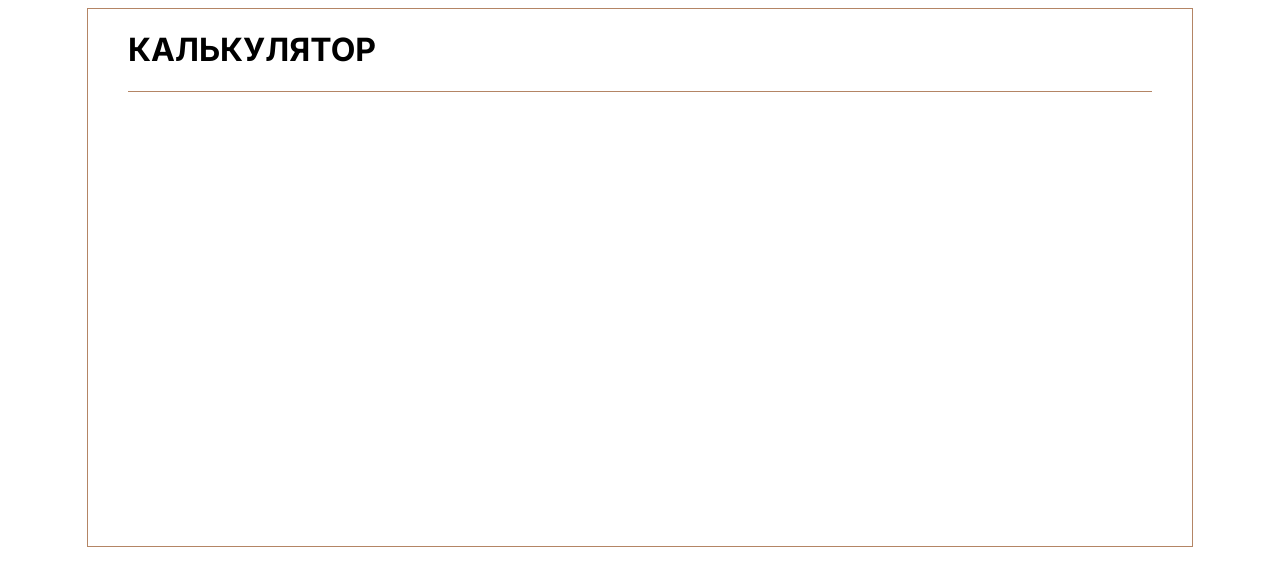
Repository: Kirill2034/Calculator-metal
Page: /
The author's editor kept a copy of each file at every save. The page is drawn from the files as they stood at one save, then again after the next save.
The browser window is 1280 px wide. The pictures show the whole page.
The project was rebuilt for these pictures with package versions that can differ from the ones it lists, and the page was loaded fresh each time.

Above is the page before, as saved 2021-11-27 15:53:28.

### public/index.html
<!DOCTYPE html>
<html lang="en">
  <head>
    <meta charset="utf-8" />
    <meta name="viewport" content="width=device-width, initial-scale=1" />

    <link rel="preconnect" href="https://fonts.googleapis.com">
    <link rel="preconnect" href="https://fonts.gstatic.com" crossorigin>
    <link href="https://fonts.googleapis.com/css2?family=Inter:wght@300;400;500;700&display=swap" rel="stylesheet">

    <title>Калькулятор</title>
  </head>
  <body>
    <div id="root"></div>
  </body>
</html>

### src/App.js
import './App.css';

function App() {
  return (
    <div className="App">
      <div className="title">
        <h1>Калькулятор</h1>
      </div>
      <div className="calculator"></div>
    </div>
  );
}

export default App;

### src/App.css
.App {width: 1024px; height: 537px; border: 1px solid #B48565; margin: 0 auto; font-family: 'Inter', sans-serif; padding: 0 40px;}
.App .title {border-bottom: 1px solid #B48565; text-transform: uppercase;}

Loaded but not shown: src/index.js (common file)

After the next save:
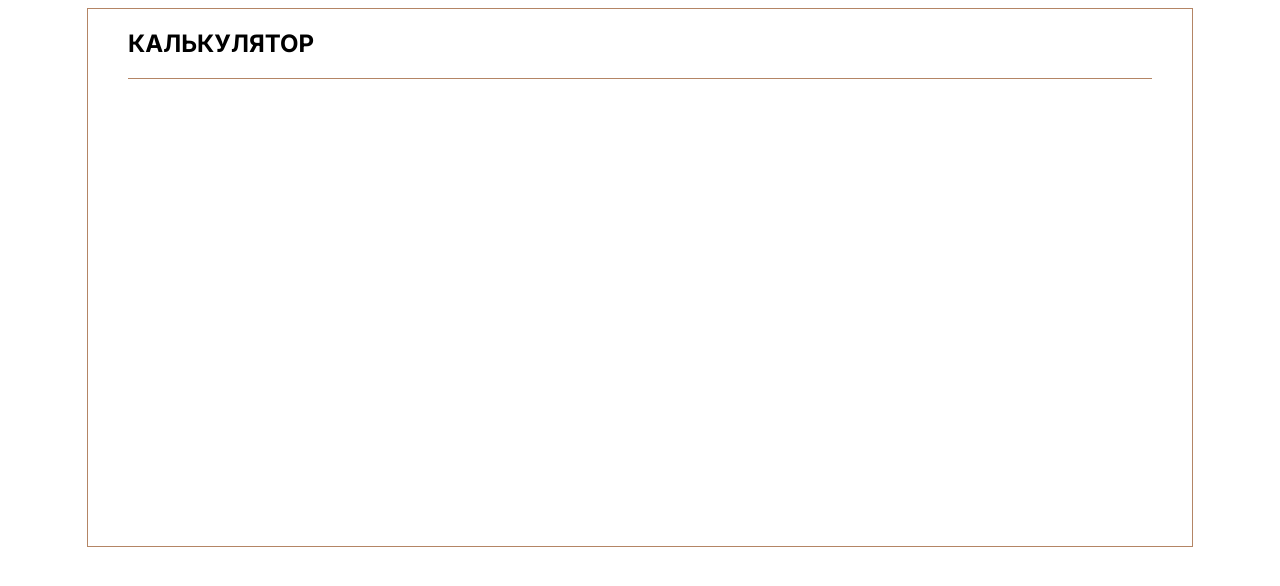
Saved 7 s later.
--- a/src/App.js
+++ b/src/App.js
@@ -4,7 +4,7 @@ function App() {
   return (
     <div className="App">
       <div className="title">
-        <h1>Калькулятор</h1>
+        <h2>Калькулятор</h2>
       </div>
       <div className="calculator"></div>
     </div>
